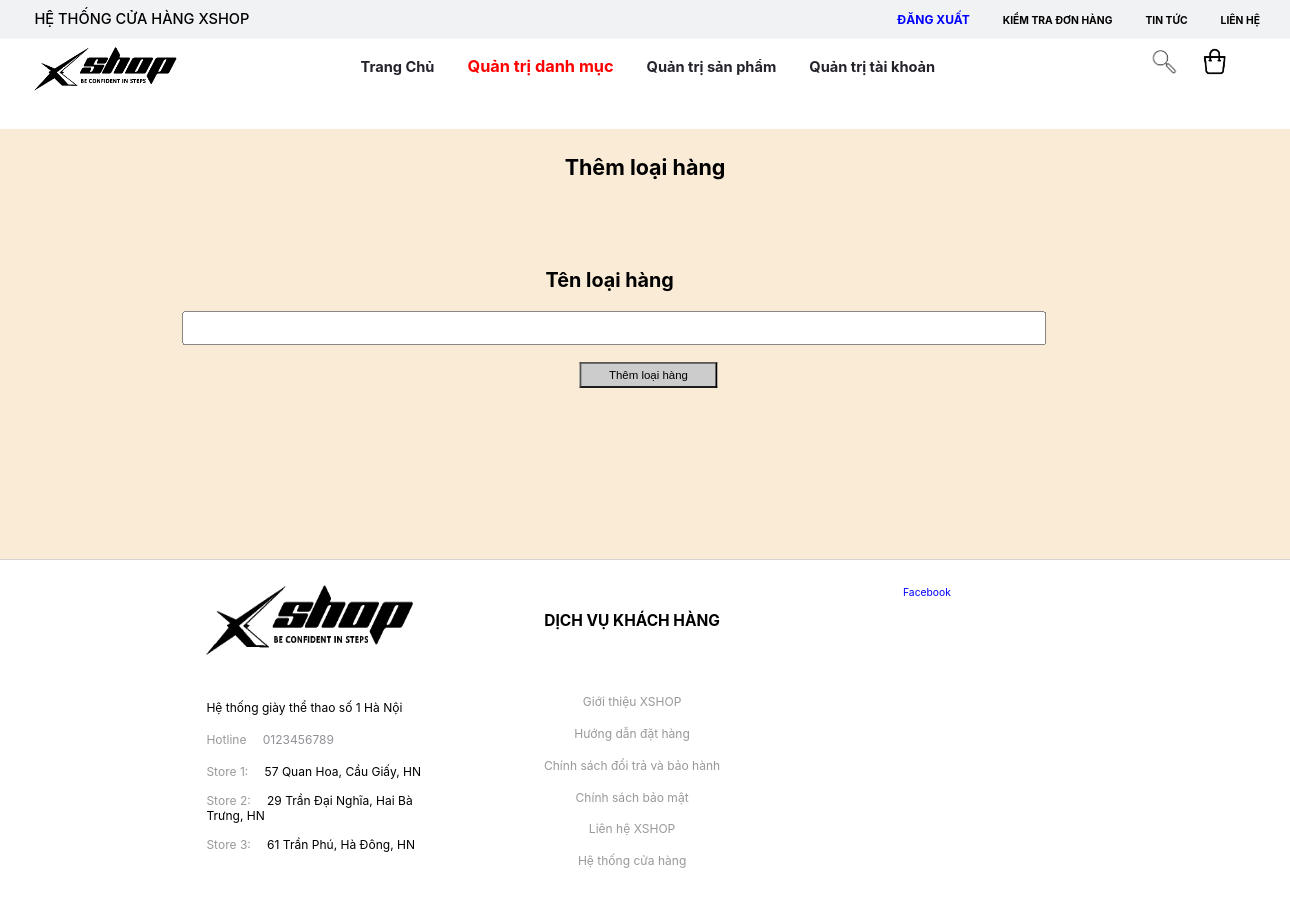
Repository: tienaq123/dam
Page: http://localhost/ass/ad/themdanhmuc.php
An editor plug-in stored every save of this project. The page is shown before and after the next save, followed by the edit.
The browser window is 1280 px wide. The page is 1500 px wide, so the pictures cover 1500 px, including what lies to the right of the window. The pictures show the whole page, at 86% of full size.
The page is run by PHP 8.4 with error messages shown; the project is at /var/www/html/.

Above is the page before, as saved 2021-10-21 03:29:10.

After the next save:
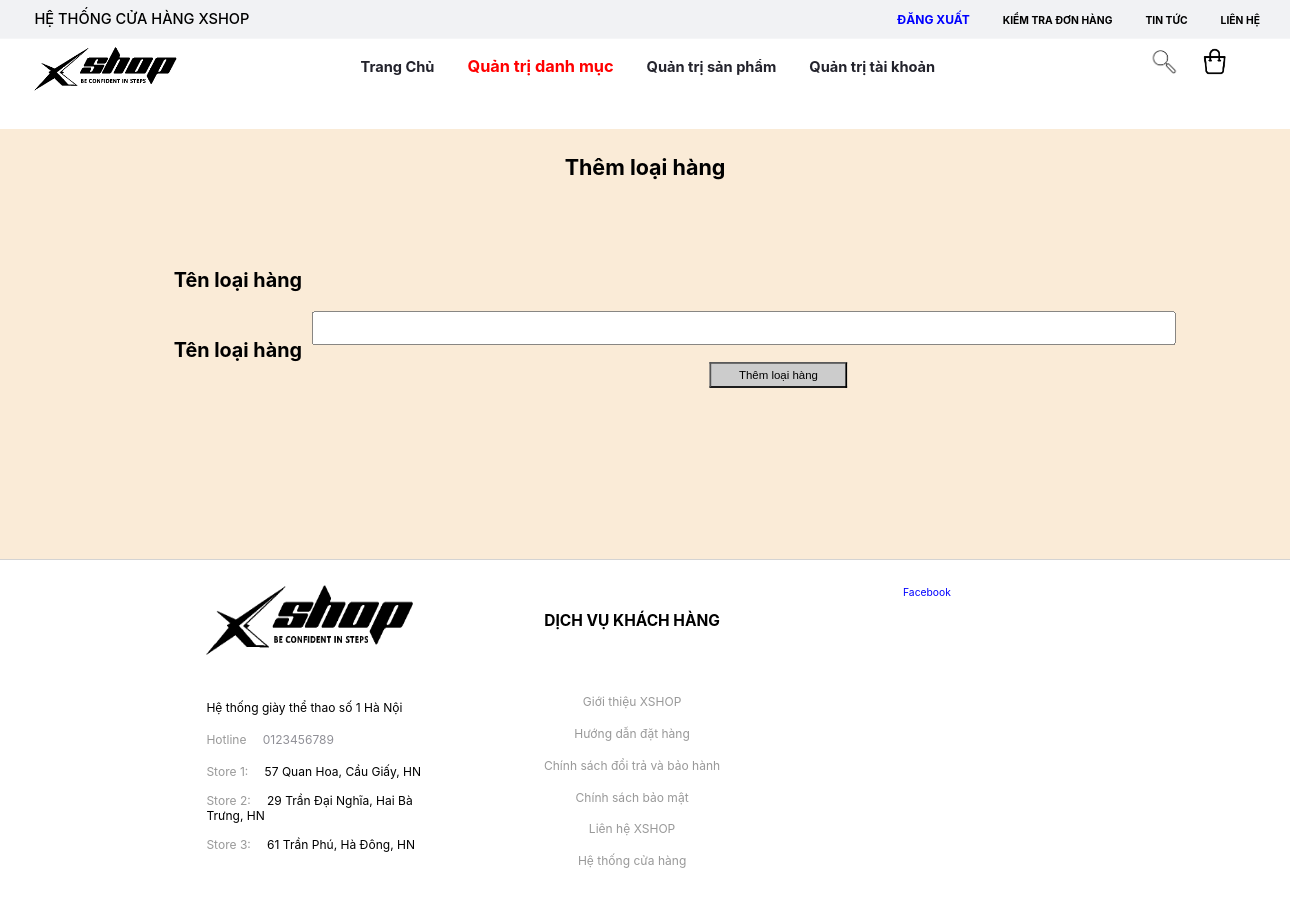
Saved 74 s later.
--- a/ad/themdanhmuc.php
+++ b/ad/themdanhmuc.php
@@ -61,6 +61,9 @@
                         </td>
                     </tr>
                     <tr>
+                    <td>
+                            <Span style="font-size: 23px; font-weight:bold;">Tên loại hàng </Span>
+                        </td>
                         <td>
                         <input style="margin: 20px 0px 20px 10px;  width: 1000px; height: 35px;" type="text" name="tendanhmuc"> <br>
                 <input style="background-color: #ccc; width: 160px; height: 30px; margin:0px 0px 20px 90px;" type="submit" value="Thêm loại hàng" name="btn">
